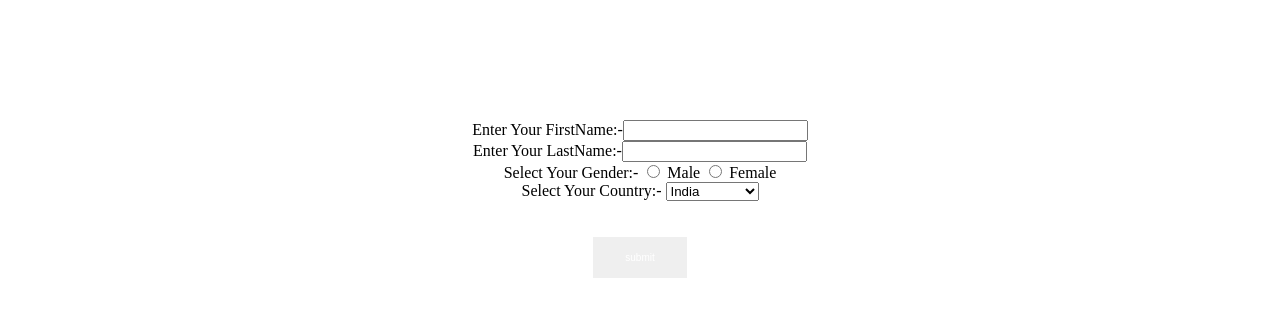
Repository: ErNitesh-d/java-program
Page: JAVA PROJECTS/ASSIGNMMENT_2/WebContent/index.html
These files come from the project's save history. The page is drawn as it stood at one moment and after the next save; the edit follows.
The browser window is 1280 px wide. The pictures show the whole page.

Above is the page before, as saved 2022-09-03 15:18:24.

### JAVA PROJECTS/ASSIGNMMENT_2/WebContent/index.html

<!DocType html>
<html>
<body>
<div style=" margin: auto;
width: 75%;
text-align: center;
padding: 70px 0;
border: 0px solid white;
text-align: header;
margin-top: 50px;">
<form action="Hello" method="get">
Enter Your FirstName:-<input type="text" name="FirstName"><br>
Enter Your LastName:-<input type="text" name="LastName"><br>
Select Your Gender:-
<input type="radio" id="Male" name="Gender" value="Male">
<label for="Male">Male</label>
<input type="radio" id="Female" name="Gender" value="Female">
<label for="Female">Female</label><br>
<label for="cars">Select Your Country:-</label>
<select name="Country" id="cars">
<option value="India">India</option>
<option value=" America">America</option>
<option value=" Afghanistan">Afghanistan</option>
<option value="Pakistan">Pakistan</option>
<option value="china">china</option>
</select><br>
<br>
<br>
<input type="submit" style=" position: relative; background-color: ; /* Green */
border: none;
color: white;
padding: 15px 32px;
text-align: center;
text-decoration: none;
display: white;
font-size: 10px;"value="submit">
</form>
</div>
</body>
</html>

After the next save:
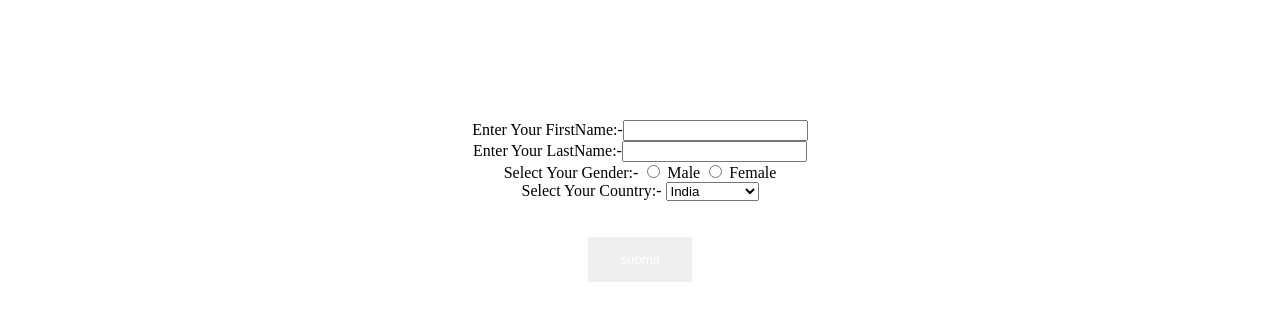
Saved 63 s later.
--- a/JAVA PROJECTS/ASSIGNMMENT_2/WebContent/index.html
+++ b/JAVA PROJECTS/ASSIGNMMENT_2/WebContent/index.html
@@ -34,6 +34,7 @@
 text-align: center;
 text-decoration: none;
 display: white;
+hover:.0.5
 font-size: 10px;"value="submit">
 </form>
 </div>

After the save that followed:
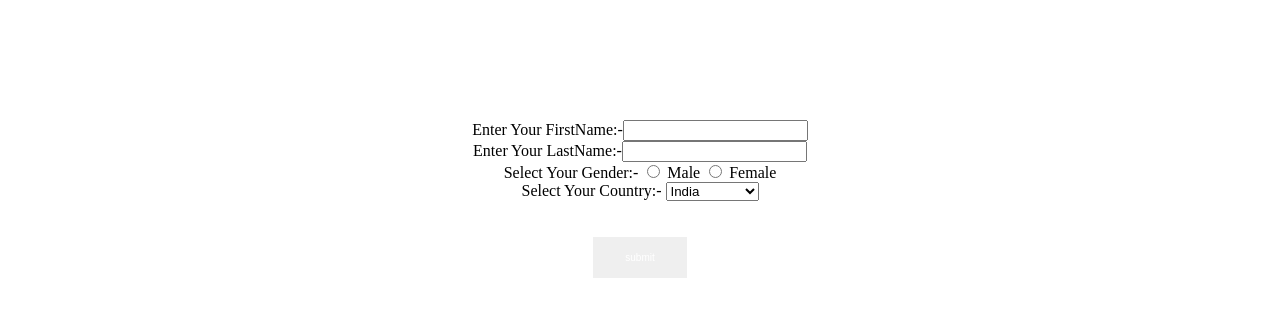
Saved 10 s later.
--- a/JAVA PROJECTS/ASSIGNMMENT_2/WebContent/index.html
+++ b/JAVA PROJECTS/ASSIGNMMENT_2/WebContent/index.html
@@ -34,7 +34,7 @@
 text-align: center;
 text-decoration: none;
 display: white;
-hover:.0.5
+hover:.0.5;
 font-size: 10px;"value="submit">
 </form>
 </div>
